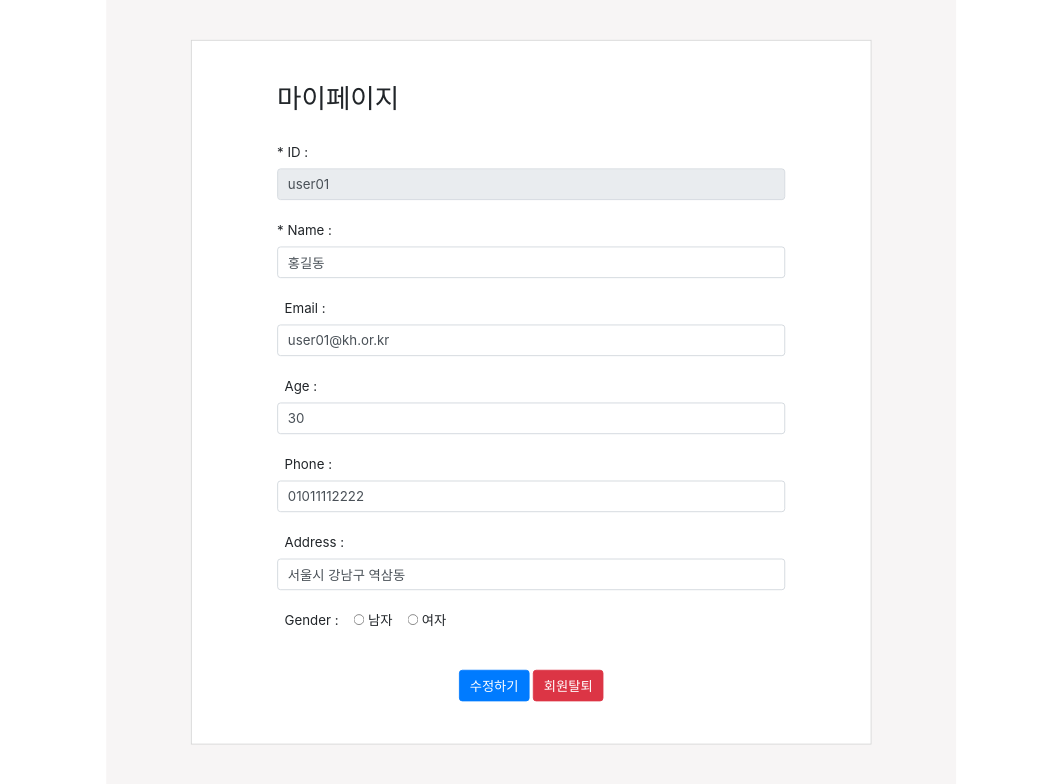
Repository: rnjsmj/springframework2
Page: http://localhost/springProject/WEB-INF/views/member/mypage.jsp
These files come from the project's save history. The page is drawn as it stood at one moment and after the next save; the edit follows.
The browser window is 1280 px wide. The pictures show the whole page, at 83% of full size.
Pictures or frames that could not be fetched are drawn as grey boxes. The page is served by Tomcat 9. Nobody is signed in. Other server files are loaded and not shown. The template is opened directly, without the code that normally fills it, so the values that code supplies are empty.

Above is the page before, as saved 2024-06-18 06:26:33.

### springProject/src/main/webapp/WEB-INF/views/member/mypage.jsp
<%@ page language="java" contentType="text/html; charset=UTF-8"
    pageEncoding="UTF-8"%>
<!DOCTYPE html>
<html lang="en">
<head>
    <meta charset="UTF-8">
    <title>Document</title>
    <script src="https://ajax.googleapis.com/ajax/libs/jquery/3.7.1/jquery.min.js"></script>
    <link rel="stylesheet" href="https://maxcdn.bootstrapcdn.com/bootstrap/4.5.2/css/bootstrap.min.css">
    <script src="https://maxcdn.bootstrapcdn.com/bootstrap/4.5.2/js/bootstrap.min.js"></script>

    <style>
        .content {
            background-color:rgb(247, 245, 245);
            width:80%;
            margin:auto;
        }
        .innerOuter {
            border:1px solid lightgray;
            width:80%;
            margin:auto;
            padding:5% 10%;
            background-color:white;
        }
    </style>
</head>
<body>

    <jsp:include page="" />

    <div class="content">
        <br><br>
        <div class="innerOuter">
            <h2>마이페이지</h2>
            <br>

            <form action="" method="post">
                <div class="form-group">
                    <label for="userId">* ID : </label>
                    <input type="text" class="form-control" id="userId" value="user01" name="" readonly> <br>

                    <label for="userName">* Name : </label>
                    <input type="text" class="form-control" id="userName" value="홍길동" name="" required> <br>

                    <label for="email"> &nbsp; Email : </label>
                    <input type="text" class="form-control" id="email" value="user01@kh.or.kr" name=""> <br>

                    <label for="age"> &nbsp; Age : </label>
                    <input type="number" class="form-control" id="age" value="30" name=""> <br>

                    <label for="phone"> &nbsp; Phone : </label>
                    <input type="tel" class="form-control" id="phone" value="01011112222" name=""> <br>

                    <label for="address"> &nbsp; Address : </label>
                    <input type="text" class="form-control" id="address" value="서울시 강남구 역삼동" name=""> <br>

                    <label for=""> &nbsp; Gender : </label> &nbsp;&nbsp;
                    <input type="radio" id="Male" value="M" name="">
                    <label for="Male">남자</label> &nbsp;&nbsp;
                    <input type="radio" id="Female" value="F" name="">
                    <label for="Female">여자</label> &nbsp;&nbsp;
                </div>
                <br>
                <div class="btns" align="center">
                    <button type="submit" class="btn btn-primary">수정하기</button>
                    <button type="button" class="btn btn-danger" data-toggle="modal" data-target="#deleteForm">회원탈퇴</button>
                </div>
            </form>
        </div>
        <br><br>

    </div>

    <!-- 회원탈퇴 버튼 클릭 시 보여질 Modal -->
    <div class="modal fade" id="deleteForm">
        <div class="modal-dialog modal-sm">
            <div class="modal-content">

                <!-- Modal Header -->
                <div class="modal-header">
                    <h4 class="modal-title">회원탈퇴</h4>
                    <button type="button" class="close" data-dismiss="modal">&times;</button>
                </div>

                <form action="" method="post">
                    <!-- Modal body -->
                    <div class="modal-body">
                        <div align="center">
                            탈퇴 후 복구가 불가능합니다. <br>
                            정말로 탈퇴 하시겠습니까? <br>
                        </div>
                        <br>
                            <label for="userPwd" class="mr-sm-2">Password : </label>
                            <input type="text" class="form-control mb-2 mr-sm-2" placeholder="Enter Password" id="userPwd" name=""> <br>
                    </div>
                    <!-- Modal footer -->
                    <div class="modal-footer" align="center">
                        <button type="submit" class="btn btn-danger">탈퇴하기</button>
                    </div>
                </form>
            </div>
        </div>
    </div>

    <jsp:include page="" />

</body>
</html>

### springProject/src/main/webapp/WEB-INF/views/common/menubar.jsp
<%@ page language="java" contentType="text/html; charset=UTF-8"
    pageEncoding="UTF-8"%>
<%@ taglib prefix="c" uri="http://java.sun.com/jsp/jstl/core" %>
<!DOCTYPE html>
<html lang="en">
<head>
    <meta charset="UTF-8">
    <title>Document</title>
    <script src="https://ajax.googleapis.com/ajax/libs/jquery/3.7.1/jquery.min.js"></script>
    <link rel="stylesheet" href="https://maxcdn.bootstrapcdn.com/bootstrap/4.5.2/css/bootstrap.min.css">
    <script src="https://maxcdn.bootstrapcdn.com/bootstrap/4.5.2/js/bootstrap.min.js"></script>
    <style>
        div {box-sizing:border-box;}
        #header {
            width:80%;
            height:100px;
            padding-top:20px;
            margin:auto;
        }
        #header>div {width:100%; margin-bottom:10px;}
        #header_1 {height:80%;}
        #header_2 {height:60%;}

        #header_1>div{
            height:100%;
            float:left;
        }
        #header_1_left {width:30%; position:relative;}
        #header_1_center {width:40%;}
        #header_1_right {width:30%;}

        #header_1_left>img {height:100%; position:absolute; margin:auto; top:0px; bottom:0px; right:0px; left:0px;}
        #header_1_right {text-align:center; line-height:35px; font-size:12px; text-indent:35px;}
        #header_1_right>a {margin:5px;}
        #header_1_right>a:hover {cursor:pointer;}

        #header_2>ul {width:100%; height:100%; list-style-type:none; margin:auto; padding:0;}
        #header_2>ul>li {float:left; width:25%; height:100%; line-height:55px; text-align:center;}
        #header_2>ul>li a {text-decoration:none; color:black; font-size:18px; font-weight:900;}

        #header_2 {border-top:1px solid lightgray;}

        #header a {text-decoration:none; color:black;}

        .content {
            background-color:rgb(247, 245, 245);
            width:80%;
            margin:auto;
        }
        .innerOuter {
            border:1px solid lightgray;
            width:80%;
            margin:auto;
            padding:5% 10%;
            background-color:white;
        }

    </style>
</head>
<body>

    <div id="header">
        <div id="header_1">
            <div id="header_1_left">
                <img src="https://kh-academy.co.kr/resources/images/main/logo.svg" alt="">
            </div>
            <div id="header_1_center"></div>
            <div id="header_1_right">
                <!-- 로그인 전 -->

                <c:choose>
	                <c:when test="${ sessionScope.loginUser eq null }"> <!-- empty 는 빈 문자열도 비교하므로 not empty 는 null값도 아니면서 문자열도 비어있지 않는 경우 -->
		                <a href="enroll.do">회원가입</a>
		                <a data-toggle="modal" data-target="#loginModal">로그인</a> <!-- 모달의 원리 : 이 버튼 클릭시 data-targer에 제시되어있는 해당 아이디의 div요소를 띄워줌 -->
		            </c:when>
	                <c:otherwise>
	                <!-- 로그인 후 -->
	                    <label>${ sessionScope.loginUser.userName }님 환영합니다</label> &nbsp;&nbsp;
	                    <a href="">마이페이지</a>
	                    <a href="logout.do">로그아웃</a>
	               	</c:otherwise>
               	</c:choose>
            </div>
        </div>
        <div id="header_2">
            <ul>
                <li><a href="">HOME</a></li>
                <li><a href="">공지사항</a></li>
                <li><a href="">자유게시판</a></li>
                <li><a href="">사진게시판</a></li>
            </ul>
        </div>
    </div>

    <!-- 로그인 클릭 시 뜨는 모달 (기존에는 안보이다가 위의 a 클릭 시 보임) -->
    <div class="modal fade" id="loginModal">
        <div class="modal-dialog modal-sm">
            <div class="modal-content">
                <!-- Modal Header -->
                <div class="modal-header">
                    <h4 class="modal-title">Login</h4>
                    <button type="button" class="close" data-dismiss="modal">&times;</button>
                </div>

                <form action="login.do" method="post">
                    <!-- Modal body -->
                    <div class="modal-body">
                        <label for="userId" class="mr-sm-2">ID : </label>
                        <input type="text" class="form-control mb-2 mr-sm-2" placeholder="Enter ID" id="userId" name="userId"> <br>
                        <label for="userPwd" class="mr-sm-2">Password : </label>
                        <input type="password" class="form-control mb-2 mr-sm-2" placeholder="Enter Password" id="userPwd" name="userPwd">
                    </div>

                    <!-- Modal footer -->
                    <div class="modal-footer">
                        <button type="submit" class="btn btn-primary">로그인</button>
                        <button type="button" class="btn btn-danger" data-dismiss="modal">취소</button>
                    </div>
                </form>
            </div>
        </div>

    </div>

    <br style="clear:both">
</body>
</html>

### springProject/src/main/webapp/WEB-INF/views/common/footer.jsp
<%@ page language="java" contentType="text/html; charset=UTF-8"
    pageEncoding="UTF-8"%>
<!DOCTYPE html>
<html lang="en">
<head>
    <meta charset="UTF-8">
    <title>Document</title>
    <style>
        /* div{border:1px solid red;} */
        #footer {
            width:80%;
            height:200px;
            margin:auto;
            margin-top:50px;
        }
        #footer-1 {
            width:100%;
            height:20%;
            border-top:1px solid lightgray;
            border-bottom:1px solid lightgray;
        }
        #footer-2 {width:100%; height:80%;}
        #footer-1, #footer-2 {padding-left:50px;}
        #footer-1>a {
            text-decoration:none;
            font-weight:600;
            margin:10px;
            line-height:40px;
            color:black;
        }
        #footer-2>p {
            margin:0;
            padding:10px;
            font-size:13px;
        }
        #p2 {text-align:center;}
    </style>
</head>
<body>
    <div id="footer">
        <div id="footer-1">
            <a href="#">이용약관</a> |
            <a href="#">개인정보취급방침</a> |
            <a href="#">인재채용</a> |
            <a href="#">고객센터</a>
        </div>

        <div id="footer-2">
            <p id="p1">
                강남지원 1관 : 서울특별시 강남구 테헤란로14길 6 남도빌딩 2F, 3F, 4F, 5F, 6F <br>
                강남지원 2관 : 서울특별시 강남구 테헤란로10길 9 그랑프리 빌딩 4F, 5F, 7F <br>
                강남지원 3관 : 서울특별시 강남구 테헤란로 130 호산빌딩 5F, 6F <br>
                종로지원 : 서울특별시 중구 남대문로 120 대일빌딩 2F, 3F <br>
                당산지원 : 서울특별시 영등포구 선유동2로 57 이레빌딩 (구관) 19F, 20F
            </p>
            <p id="p2">Copyright © 1998-2024 승철 Educational Institute All Right Reserved</p>
        </div>
    </div>
</body>
</html>

After the next save:
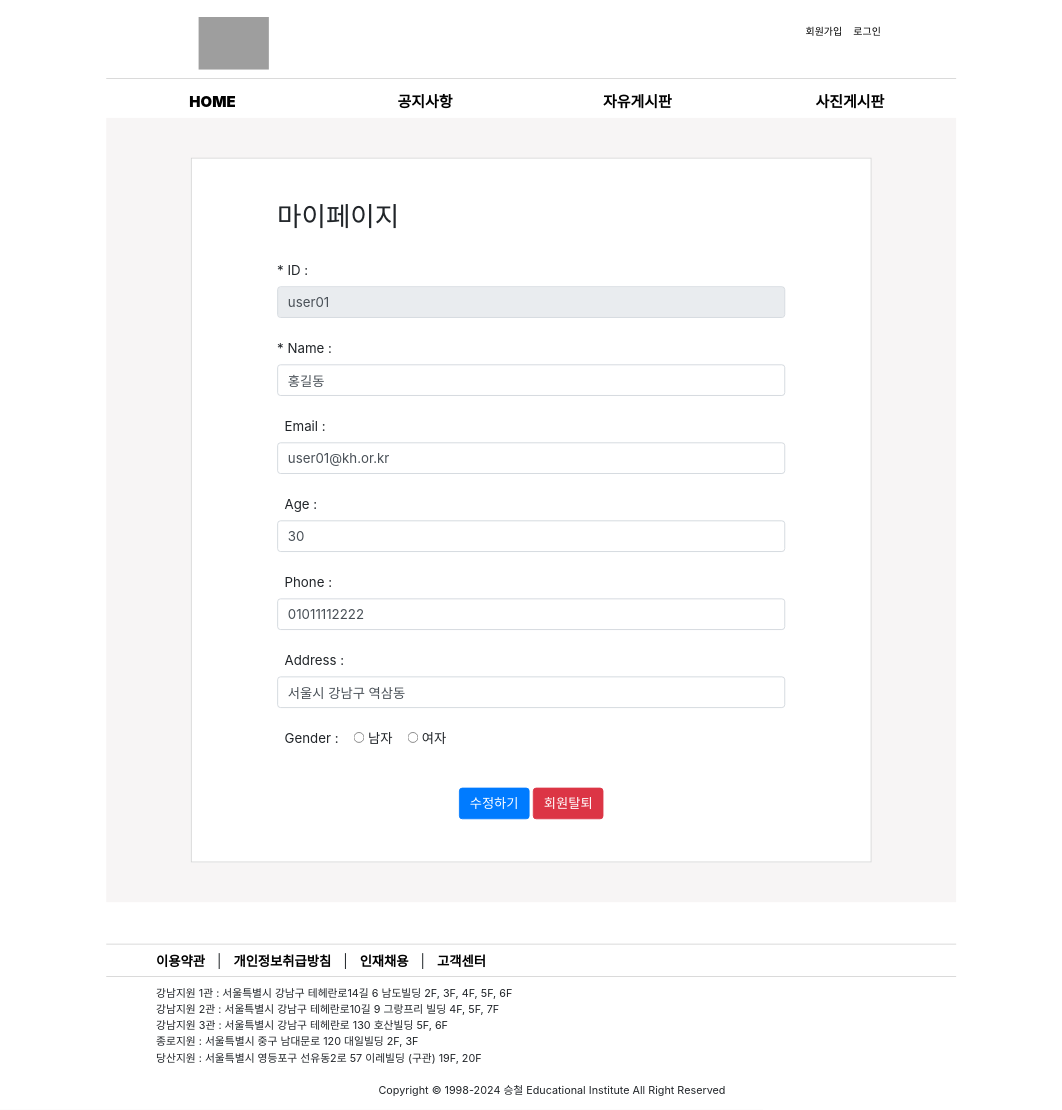
Saved 16 s later.
--- a/springProject/src/main/webapp/WEB-INF/views/member/mypage.jsp
+++ b/springProject/src/main/webapp/WEB-INF/views/member/mypage.jsp
@@ -26,7 +26,7 @@
 </head>
 <body>
 
-    <jsp:include page="" />
+    <jsp:include page="../common/menubar.jsp" />
 
     <div class="content">
         <br><br>
@@ -102,7 +102,7 @@
         </div>
     </div>
 
-    <jsp:include page="" />
+    <jsp:include page="../common/footer.jsp" />
 
 </body>
 </html>
